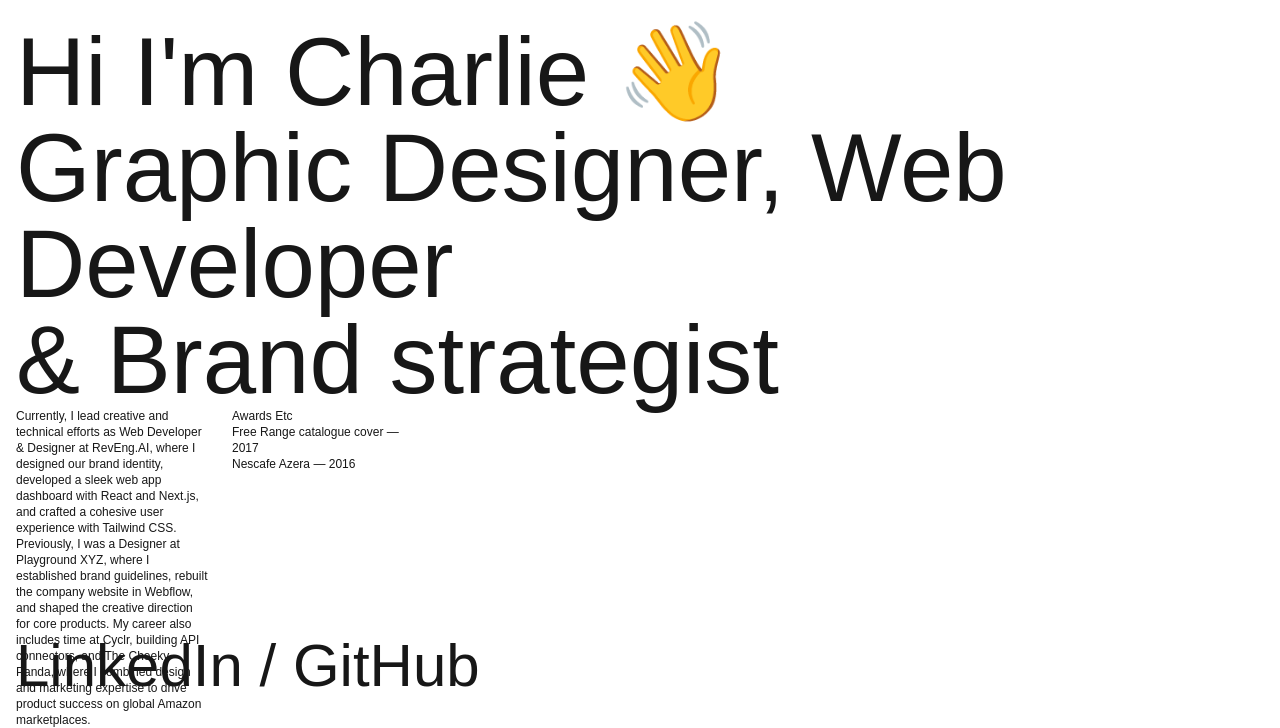
Repository: charlehs/portfolio
Page: /
These files come from the project's save history. The page is drawn as it stood at one moment and after the next save; the edit follows.
The browser window is 1280 px wide. The pictures show the whole page.
The project was rebuilt for these pictures with package versions that can differ from the ones it lists, and the page was loaded fresh each time. The framework's server and built-in components were replaced by stand-ins that run in the browser. Also part of the build but not shown: next.config.ts.

Above is the page before, as saved 2025-01-02 18:51:04.

### app/layout.tsx
import type { Metadata } from "next";
import localFont from "next/font/local";
import Nav from "./components/Nav";
import "./globals.css";

const geistSans = localFont({
  src: "./fonts/GeistVF.woff",
  variable: "--font-geist-sans",
  weight: "100 900",
});
const geistMono = localFont({
  src: "./fonts/GeistMonoVF.woff",
  variable: "--font-geist-mono",
  weight: "100 900",
});

export const metadata: Metadata = {
  title: "Create Next App",
  description: "Generated by create next app",
};

export default function RootLayout({
  children,
}: Readonly<{
  children: React.ReactNode;
}>) {
  return (
    <html lang="en">
      <body
        className={`${geistSans.variable} ${geistMono.variable} antialiased`}
      >
        {/* <Nav /> */}
        {children}
      </body>
    </html>
  );
}

### app/page.tsx
import Image from "next/image";

export default function Home() {
  return (
    <div className="px-4 py-6 flex flex-col justify-between h-screen ">
      <main className=" flex flex-col h-[75%] justify-between">
        <div>
          <p className=" text-8xl">
            Hi I'm Charlie 👋
            <br />{" "}
            <span>
              Graphic Designer, Web Developer
              <br /> & Brand strategist
            </span>
          </p>
        </div>
        <div className="grid grid-cols-3  text-xs max-w-[50%] gap-6">
          <p>
            Currently, I lead creative and technical efforts as Web Developer &
            Designer at{" "}
            <span>
              <a href="https://reveng.ai">RevEng.AI</a>
            </span>
            , where I designed our brand identity, developed a sleek web app
            dashboard with React and Next.js, and crafted a cohesive user
            experience with Tailwind CSS. <br />
            Previously, I was a Designer at Playground XYZ, where I established
            brand guidelines, rebuilt the company website in Webflow, and shaped
            the creative direction for core products. My career also includes
            time at Cyclr, building API connectors, and The Cheeky Panda, where
            I combined design and marketing expertise to drive product success
            on global Amazon marketplaces.
          </p>
          <div>
            <h3>Awards Etc </h3>
            <a
              href={
                "https://trumanbrewery.com/files/rooms/3526/OTB_NEWS_1706_2.html"
              }
            >
              <p>Free Range catalogue cover — 2017</p>
            </a>
            <a
              href={
                "https://www.nescafe.com/gb/campaigns/azera-by-design-archive"
              }
            >
              <p>Nescafe Azera — 2016</p>
            </a>
          </div>
        </div>
      </main>
      <footer className=" ">
        <p className=" text-6xl">
          <a href="https://linkedin.com/in/charliedev" target={"_blank"}>
            LinkedIn
          </a>{" "}
          /{" "}
          <a href="https://github.com/charlehs" target={"_blank"}>
            GitHub
          </a>
        </p>
      </footer>
    </div>
  );
}

### app/globals.css
@tailwind base;
@tailwind components;
@tailwind utilities;

:root {
  --background: #ffffff;
  --foreground: #171717;
}

@media (prefers-color-scheme: dark) {
  :root {
    --background: #0a0a0a;
    --foreground: #ededed;
  }
}

body {
  color: var(--foreground);
  background: var(--background);
  font-family: Arial, Helvetica, sans-serif;
}

@font-face {
  font-family: "Harmond";
  src: url("/fonts/Harmond-SemiBoldCondensed.otf") format("opentype");
  font-weight: 600; /* Regular */
  font-style: normal;
}

@font-face {
  font-family: "Harmond";
  src: url("/fonts/Harmond-SemBdItaCond.otf") format("opentype");
  font-weight: 600; /* Bold */
  font-style: italic;
}
@font-face {
  font-family: "Harmond";
  src: url("/fonts/Harmond-ExtraBoldExpanded.otf") format("opentype");
  font-weight: 800; /* Bold */
  font-style: normal;
}

.harmond-text {
  font-family: "Harmond", sans-serif;
}

.extra-bold {
  font-family: "Harmond", sans-serif;
  font-weight: 800;
  font-style: normal;
}

Loaded but not shown: tailwind.config.ts (common file)

After the next save:
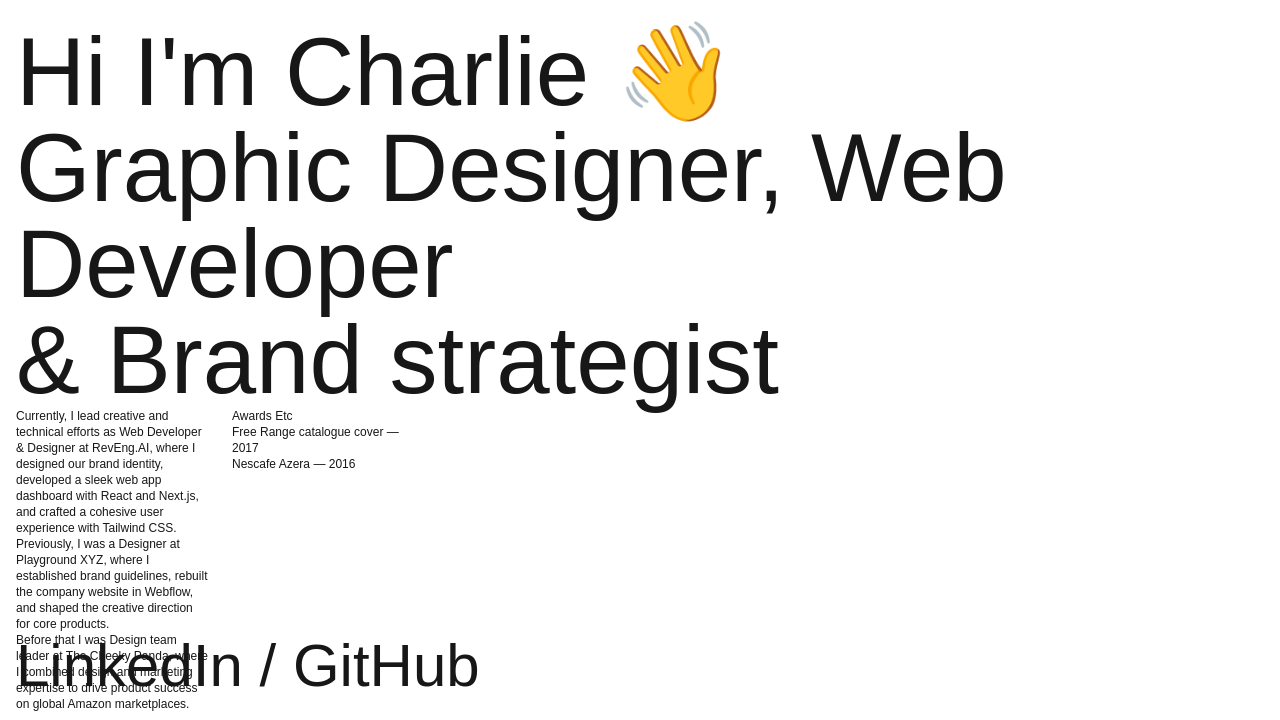
Saved 45 s later.
--- a/app/page.tsx
+++ b/app/page.tsx
@@ -26,10 +26,11 @@ export default function Home() {
             experience with Tailwind CSS. <br />
             Previously, I was a Designer at Playground XYZ, where I established
             brand guidelines, rebuilt the company website in Webflow, and shaped
-            the creative direction for core products. My career also includes
-            time at Cyclr, building API connectors, and The Cheeky Panda, where
-            I combined design and marketing expertise to drive product success
-            on global Amazon marketplaces.
+            the creative direction for core products.
+            <br />
+            Before that I was Design team leader at The Cheeky Panda, where I
+            combined design and marketing expertise to drive product success on
+            global Amazon marketplaces.
           </p>
           <div>
             <h3>Awards Etc </h3>
